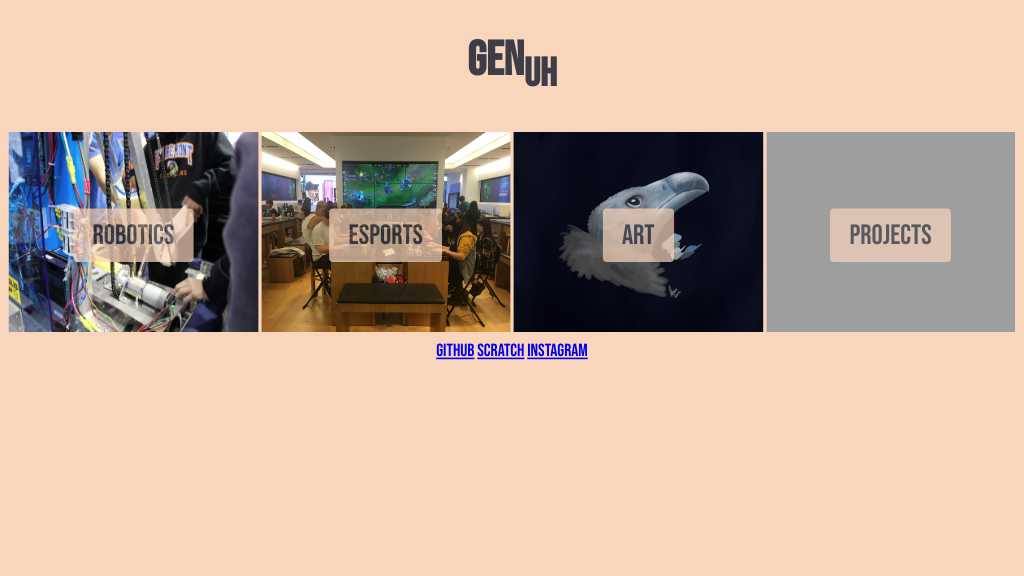
Repository: gennnna/gennnna.github.io
Page: pages/index.html
The author's editor kept a record of every edit. The page is drawn from the files as they stood at one moment, then again after the next edit.
The browser window is 1280 px wide. The pictures show the whole page, at 80% of full size.
Pictures or frames that could not be fetched are drawn as grey boxes.

Above is the page before.

### pages/index.html
<!DOCTYPE html>
<html>
    <head>
        <link rel="stylesheet" type="text/css" href="//fonts.googleapis.com/css?family=Bebas+Neue">
        <link rel="stylesheet" type="text/css" href="style.css">
        <title>gen-uh</title>
    </head>
    <body>
        <h1 style="font-size:60px;"><center>GEN<sub>UH</sub></center></h1>
        <table align="center">
            <tr>
                <td class="container">
                    <img src="../images/roobotics.JPG" alt="robotics">
                    <form action="robotics.html"><button class="btn">Robotics</button></form>
                </td>
                <td class="container">
                    <img src="../images/esportstourney.JPG" alt="esports">
                    <form action="esports.html"><button class="btn">Esports</button></form>
                </td>
                <td class="container">
                    <img src="../images/art.png" alt="art">
                    <form action="art.html"><button class="btn">Art</button></form>
                </td>
                <td class="container">
                    <img src="../images/personal.jpg" alt="personalp">
                    <form action="personal.html"><button class="btn">Projects</button></form>
                </td>
            </tr>
        </table>
        <table align="center">
            <tr>
                <center>
                    <a href="https://github.com/gennnna" target="blank_">Github</a>
                    <a href="https://scratch.mit.edu/users/Nomii/" target="blank_">Scratch</a>
                    <a href="https://www.instagram.com/gennnna/" target="blank_">Instagram</a>
                </center>
            </tr>
        </table>
    </body>
</html>

### pages/style.css
            html{
                scroll-behavior:smooth;
            }
            body{
                background-color:#f9d5bb;
                font-family:menlo;
                color:#3c3d47;
                font-family:'Bebas Neue', cursive;
                font-size:22px;
                padding:.01px;
            }
            aboutbutton{
                background-color:#f9d5bb;
                border:none;
                cursor:pointer;
                color:#3c3d47;
                font-size:35px;
                padding:25px;
                border-radius:5px;
            }
            aboutbutton:hover{
                cursor:pointer;
            }
            button{
                background-color:#f9d5bb;
                border:none;
                color:#3c3d47;
                font-size:20px;
                opacity:.5;
                padding:15px;
                border-radius:5px;
            }
            button:hover{
                box-shadow:0 12px 16px 0 rgba(0,0,0,0.24), 0 17px 50px 0 rgba(0,0,0,0.19);
                opacity:1;
                cursor:pointer;
            }
            linkbutton{
                height:1px;
                width:1px;
                opacity:.5;
                padding:10px;
                border-radius:5px;
            }
            linkbutton:hover{
                opacity:1;
                cursor:pointer;
            }
            .container{
                position:relative;
                width:20%;
            }
            .container img {
                width:100%;
                height:250px;
            }
            .container .btn {
                position: absolute;
                top:50%;
                left:50%;
                transform:translate(-50%,-50%);
                -ms-transform:translate(-50%,-50%);
                background-color:#f9d5bb;
                color:#3c3d47;
                font-size:16px;
                padding:12px 24px;
                border:none;
                cursor:pointer;
                border-radius:5px;
                opacity:70%;
                font-family:'Bebas Neue', cursive;
                font-size:35px;
            }
            .container .btn:hover {
                opacity:100%;
                cursor:pointer;
            }
            imgfloats{
                float:right;
            }

After the next edit:
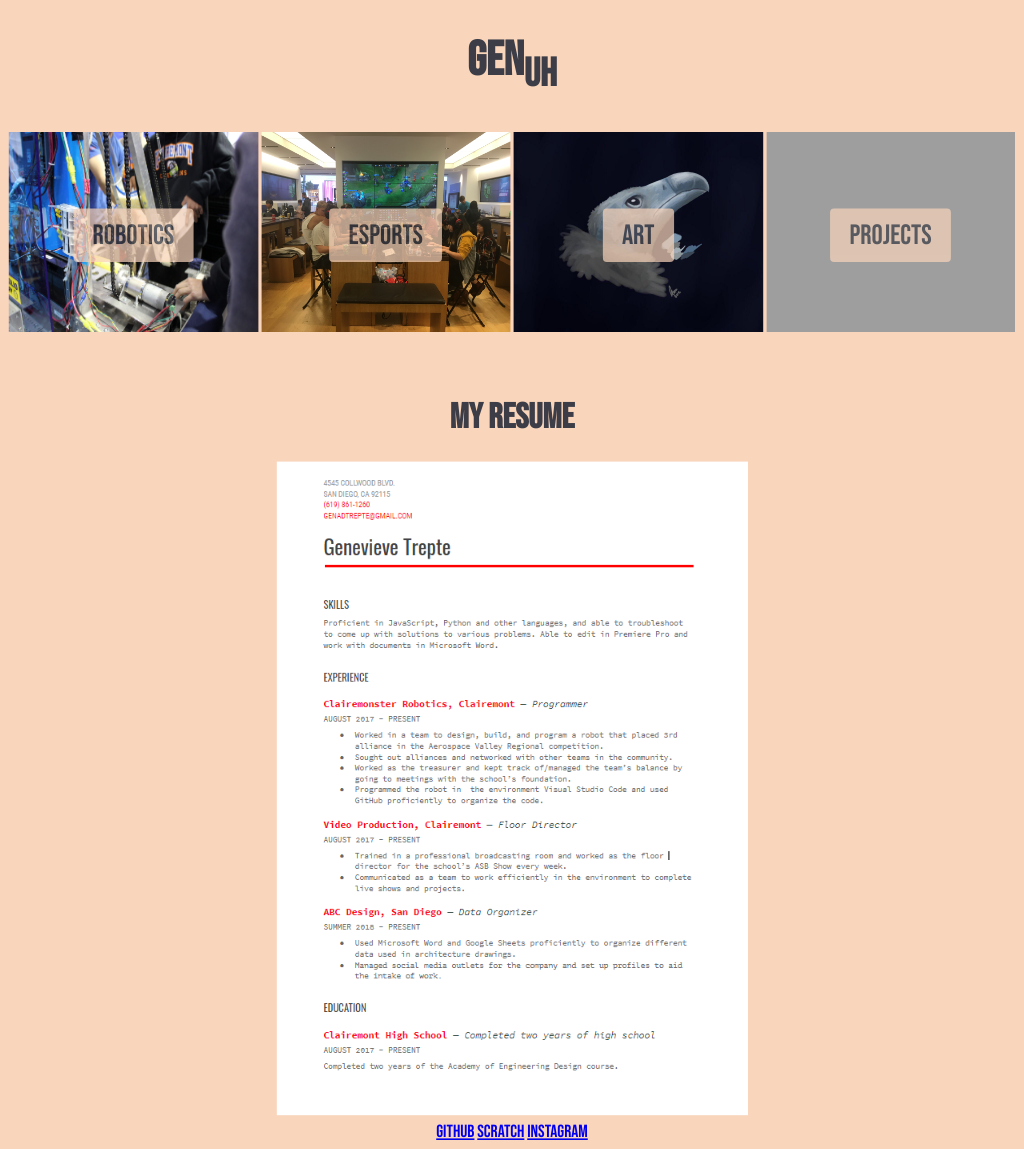
The edit:
--- a/pages/index.html
+++ b/pages/index.html
@@ -27,6 +27,11 @@
                 </td>
             </tr>
         </table>
+        <div style="padding:20px"></div>
+        <center>
+            <h1>My Resume</h1>
+            <img src="../images/RESUME.png">
+        </center>
         <table align="center">
             <tr>
                 <center>
